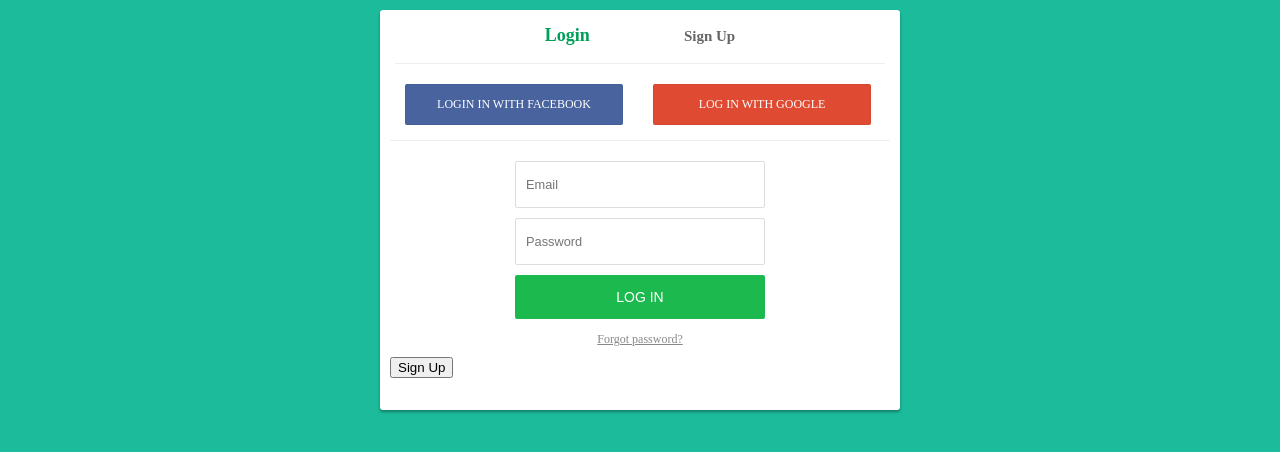
Repository: erengthb/AWS-Java-Servlet-Project
Page: http://localhost/Proje/Homepage.jsp
An editor plug-in stored every save of this project. The page is shown before and after the next save, followed by the edit.
The browser window is 1280 px wide. The pictures show the whole page.
The page is served by Tomcat 9. Other server files are loaded and not shown.

Above is the page before, as saved 2022-04-17 13:14:58.
Console error: ReferenceError: $ is not defined

### Proje/src/main/webapp/Homepage.jsp
<%@ page language="java" contentType="text/html; charset=ISO-8859-1"
    pageEncoding="ISO-8859-1"%>
<!DOCTYPE html>

<style>
body{
  background-color: #1cbb9b;
}
.login-box{
  position:relative;
  margin: 10px auto;
  width: 500px;
  height: 380px;
  background-color: #fff;
  padding: 10px;
  border-radius: 3px;
  -webkit-box-shadow: 0px 2px 3px 0px rgba(0,0,0,0.33);
-moz-box-shadow: 0px 2px 3px 0px rgba(0,0,0,0.33);
box-shadow: 0px 2px 3px 0px rgba(0,0,0,0.33);
}
.lb-header{
  position:relative;
  color: #00415d;
  margin: 5px 5px 10px 5px;
  padding-bottom:10px;
  border-bottom: 1px solid #eee;
  text-align:center;
  height:28px;
}
.lb-header a{
  margin: 0 25px;
  padding: 0 20px;
  text-decoration: none;
  color: #666;
  font-weight: bold;
  font-size: 15px;
  -webkit-transition: all 0.1s linear;
  -moz-transition: all 0.1s linear;
  transition: all 0.1s linear;
}
.lb-header .active{
  color: #029f5b;
  font-size: 18px;
}
.social-login{
  position:relative;
  float: left;
  width: 100%;
  height:auto;
  padding: 10px 0 15px 0;
  border-bottom: 1px solid #eee;
}
.social-login a{
  position:relative;
  float: left;
  width:calc(40% - 8px);
  text-decoration: none;
  color: #fff;
  border: 1px solid rgba(0,0,0,0.05);
  padding: 12px;
  border-radius: 2px;
  font-size: 12px;
  text-transform: uppercase;
  margin: 0 3%;
  text-align:center;
}
.social-login a i{
  position: relative;
  float: left;
  width: 20px;
  top: 2px;
}
.social-login a:first-child{
  background-color: #49639F;
}
.social-login a:last-child{
  background-color: #DF4A32;
}
.email-login,.email-signup{
  position:relative;
  float: left;
  width: 100%;
  height:auto;
  margin-top: 20px;
  text-align:center;
}
.u-form-group{
  width:100%;
  margin-bottom: 10px;
}
.u-form-group input[type="email"],
.u-form-group input[type="password"]{
  width: calc(50% - 22px);
  height:45px;
  outline: none;
  border: 1px solid #ddd;
  padding: 0 10px;
  border-radius: 2px;
  color: #333;
  font-size:0.8rem;
  -webkit-transition:all 0.1s linear;
  -moz-transition:all 0.1s linear;
  transition:all 0.1s linear;
}
.u-form-group input:focus{
  border-color: #358efb;
}
.u-form-group button{
  width:50%;
  background-color: #1CB94E;
  border: none;
  outline: none;
  color: #fff;
  font-size: 14px;
  font-weight: normal;
  padding: 14px 0;
  border-radius: 2px;
  text-transform: uppercase;
}
.forgot-password{
  width:50%;
  text-align: left;
  text-decoration: underline;
  color: #888;
  font-size: 0.75rem;
}

</style>




  <div class="login-box">
    <div class="lb-header">
      <a href="#" class="active" id="login-box-link">Login</a>
      <a href="#" id="signup-box-link">Sign Up</a>
    </div>
    <div class="social-login">
      <a href="#">
        <i class="fa fa-facebook fa-lg"></i>
        Login in with facebook
      </a>
      <a href="#">
        <i class="fa fa-google-plus fa-lg"></i>
        log in with Google
      </a>
    </div>
    <form class="email-login">
      <div class="u-form-group">
        <input type="email" placeholder="Email"/>
      </div>
      <div class="u-form-group">
        <input type="password" placeholder="Password"/>
      </div>
      <div class="u-form-group">
        <button>Log in</button>
      </div>
      <div class="u-form-group">
        <a href="#" class="forgot-password">Forgot password?</a>
      </div>
    </form>

        <button>Sign Up</button>
      </div>
    </form>
  </div>


<script>
$(".email-signup").hide();
$("#signup-box-link").click(function(){
  $(".email-login").fadeOut(100);
  $(".email-signup").delay(100).fadeIn(100);
  $("#login-box-link").removeClass("active");
  $("#signup-box-link").addClass("active");
});
$("#login-box-link").click(function(){
  $(".email-login").delay(100).fadeIn(100);;
  $(".email-signup").fadeOut(100);
  $("#login-box-link").addClass("active");
  $("#signup-box-link").removeClass("active");
});
</script>

After the next save:
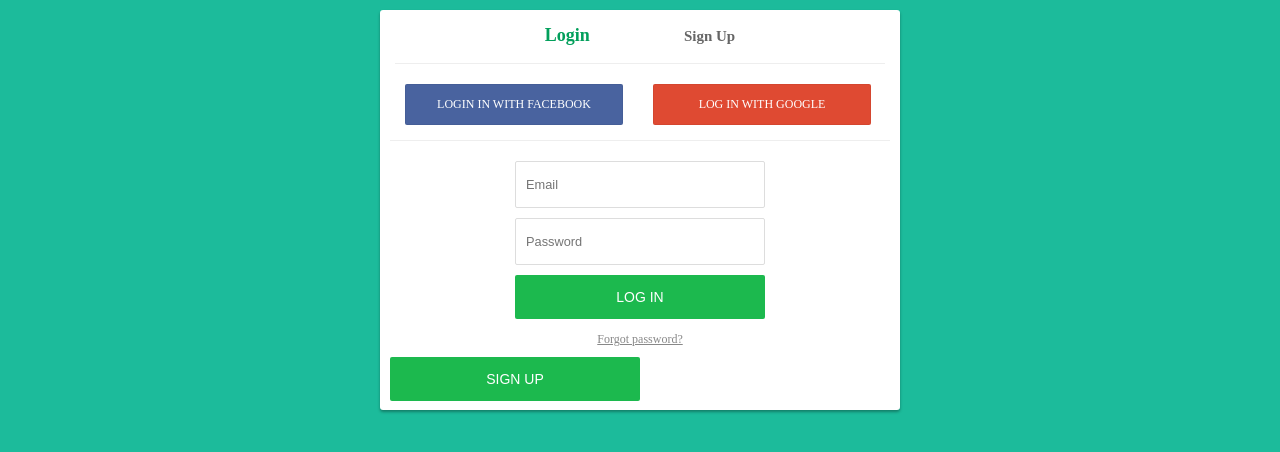
Saved 16 s later.
--- a/Proje/src/main/webapp/Homepage.jsp
+++ b/Proje/src/main/webapp/Homepage.jsp
@@ -160,6 +160,7 @@ box-shadow: 0px 2px 3px 0px rgba(0,0,0,0.33);
       </div>
     </form>
 
+      <div class="u-form-group">
         <button>Sign Up</button>
       </div>
     </form>
